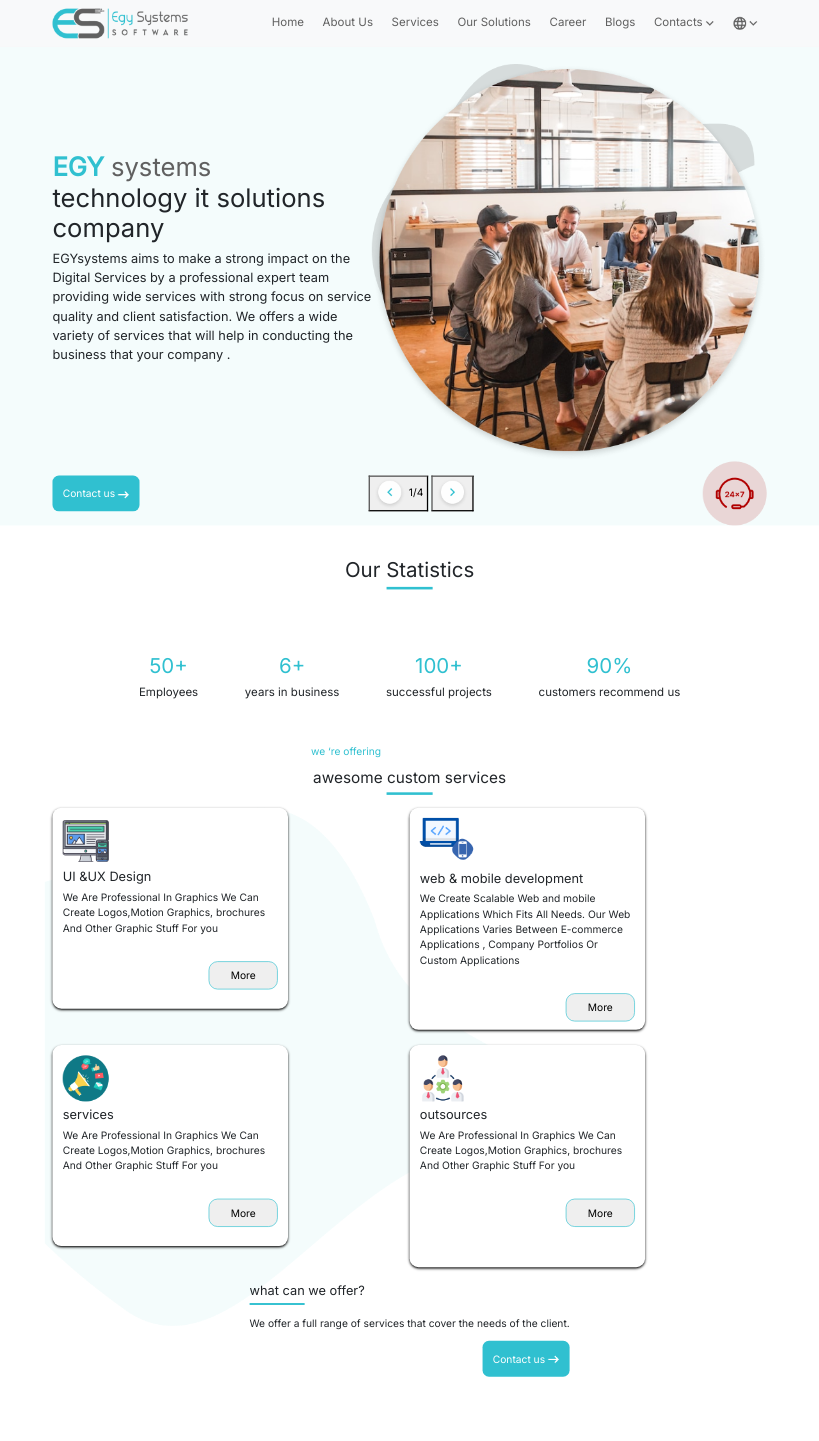
Repository: hamdyAbdelazeim/Egysystem-Home
Page: index.html
These files come from the project's save history. The page is drawn as it stood at one moment and after the next save; the edit follows.
The browser window is 1280 px wide. The pictures show the whole page, at 64% of full size.

Above is the page before, as saved 2023-07-13 13:41:24.

### index.html
<!DOCTYPE html>
<html lang="en">
  <head>
    <meta charset="UTF-8" />
    <meta name="viewport" content="width=device-width, initial-scale=1.0" />
    <title>Egy Systems</title>
    <!-- google fonts  -->
    <link rel="preconnect" href="https://fonts.googleapis.com" />
    <link rel="preconnect" href="https://fonts.gstatic.com" crossorigin />
    <link
      href="https://fonts.googleapis.com/css2?family=Inter&display=swap"
      rel="stylesheet"
    />
    <!-- bootstrap -->
    <link rel="stylesheet" href="/css/bootstrap.min.css" />
    <!-- css file  -->
    <link rel="stylesheet" href="/css/style.css" />
    <!-- Responsive file  -->
    <link rel="stylesheet" href="/css/responsive.css" />
  </head>
  <body>
    <!-- starting  Navbar  -->
    <nav class="navbar-cust navbar navbar-expand-lg bg-light fixed-top">
      <div class="container">
        <a href="#" class="navbar-brand"
          ><img src="/assets/logo 1.png" class="logo-img" alt="logo "
        /></a>

        <button
          class="navbar-toggler"
          type="button"
          data-bs-toggle="collapse"
          data-bs-target="#navmenu"
          style="border: none; box-shadow: none"
        >
          <span class="navbar-toggler-icon"
            ><img
              width="45"
              style="padding: 0.5rem"
              src="https://upload.wikimedia.org/wikipedia/commons/thumb/b/b2/Hamburger_icon.svg/120px-Hamburger_icon.svg.png"
              alt=""
          /></span>
        </button>

        <div class="collapse navbar-collapse" id="navmenu">
          <ul class="navbar-nav cust-ul">
            <li class="nav-item">
              <a href="#Home" class="nav-link cust-link">Home</a>
            </li>
            <li class="nav-item">
              <a href="#About" class="nav-link cust-link">About Us</a>
            </li>
            <li class="nav-item">
              <a href="#Services" class="nav-link cust-link">Services</a>
            </li>
            <li class="nav-item">
              <a href="#Solutions" class="nav-link cust-link">Our Solutions </a>
            </li>
            <li class="nav-item">
              <a href="#Career" class="nav-link cust-link">Career</a>
            </li>
            <li class="nav-item">
              <a href="#Blogs" class="nav-link cust-link">Blogs</a>
            </li>
            <li class="nav-item">
              <a href="" class="nav-link cust-link"
                >Contacts <img src="/assets/Vector.png" alt="vector"
              /></a>
            </li>
            <li class="nav-item">
              <a href="" class="nav-link language-icon"
                ><img src="/assets/language.png" alt="language" />
                <img src="/assets/Vector.png" alt=""
              /></a>
            </li>
          </ul>
        </div>
      </div>
    </nav>
    <!-- Ending Navbar  -->
    <!-- Home section  -->
    <div class="Home" id="Home">
      <div
        class="container Home-up d-flex justify-content-center align-items-center"
      >
        <div class="Home-left">
          <h1>
            <strong class="Egy">EGY</strong>
            <span class="system">systems</span> <br />technology it solutions<br />
            company
          </h1>
          <p>
            EGYsystems aims to make a strong impact on the Digital Services by a
            professional expert team providing wide services with strong focus
            on service quality and client satisfaction. We offers a wide variety
            of services that will help in conducting the business that your
            company .
          </p>
        </div>
        <div class="Home-img">
          <img src="/assets/Ellipse 34.png" alt="" />
        </div>
      </div>
      <div class="container d-flex justify-content-between align-items-center">
        <button class="contactUs-btn">
          Contact us <img src="/assets/Vector (right).png" alt="" />
        </button>
        <div>
          <button><img src="/assets/slider-left.png" alt="" /> 1/4</button>
          <button>
            <img src="/assets/slider-right.png" alt="" />
          </button>
        </div>
        <img src="/assets//chat.png" alt="chat" />
      </div>
    </div>
    <!-- Ending Home  section  -->
    <!-- our statistics Section  -->
    <section class="our-statistics container w-100">
      <div class="statistics-up text-center">
        <h2>Our Statistics</h2>
        <p></p>
      </div>
      <div
        class="statistics-down d-flex align-items-center justify-content-between"
      >
        <div class="text-center">
          <h4>50+</h4>
          <p>Employees</p>
        </div>
        <div class="text-center">
          <h4>6+</h4>
          <p>years in business</p>
        </div>
        <div class="text-center">
          <h4>100+</h4>
          <p>successful projects</p>
        </div>
        <div class="text-center">
          <h4>90%</h4>
          <p>customers recommend us</p>
        </div>
      </div>
    </section>
    <!-- Ending our statistics  -->
    <!--  services   -->

    <!--  Ending services   -->
    <section class="services" id="services">
      <div class="service-up container">
        <p class="p-up">we ‘re offering</p>
        <h4 class="text-center">awesome custom services</h4>
        <p class="border-cust"></p>
      </div>
      <div class="service-down container d-flex align-items-center">
        <div class="service-down-left">
          <div class="service-item">
            <img src="/assets/service-item-1.png" alt="service-item-1" />
            <h5 class="mt-2">UI &UX Design</h5>
            <p>
              We Are Professional In Graphics We Can Create Logos,Motion
              Graphics, brochures And Other Graphic Stuff For you
            </p>
            <button>More</button>
          </div>
          <div class="service-item service-item-cust">
            <img src="/assets/service-item-2.png" alt="service-item-1" />
            <h5 class="mt-2">web & mobile development</h5>
            <p>
              We Create Scalable Web and mobile Applications Which Fits All
              Needs. Our Web Applications Varies Between E-commerce Applications
              , Company Portfolios Or Custom Applications
            </p>
            <button>More</button>
          </div>
          <div class="service-item">
            <img src="/assets/service-item-3.png" alt="service-item-1" />
            <h5 class="mt-2">services</h5>
            <p>
              We Are Professional In Graphics We Can Create Logos,Motion
              Graphics, brochures And Other Graphic Stuff For you
            </p>
            <button>More</button>
          </div>
          <div class="service-item service-item-cust">
            <img src="/assets/service-item-4.png" alt="service-item-1" />
            <h5 class="mt-2">outsources</h5>
            <p>
              We Are Professional In Graphics We Can Create Logos,Motion
              Graphics, brochures And Other Graphic Stuff For you
            </p>
            <button>More</button>
          </div>
        </div>
        <div class="service-down-right">
          <h5>what can we offer?</h5>
          <p class="border-p"></p>
          <p>
            We offer a full range of services that cover the needs of the
            client.
          </p>
          <button class="contactUs-btn float-end">
            Contact us <img src="/assets/Vector (right).png" alt="" />
          </button>
        </div>
      </div>
    </section>
    <!-- bootstrap js file  -->
    <script src="/js/bootstrap.bundle.min.js"></script>
  </body>
</html>

### css/style.css
/* setting my css roots  */

body {
  font-family: 'Inter', sans-serif;
}

:root {
  --primary: #30c0d0;
  --secondary: #606060;
  --third-party: #131313;
}

/* navbar  */
.cust-ul {
  width: 100%;
  justify-content: space-around;
  margin-left: 100px;
}

.cust-link {
  font-size: 18px;
  font-weight: 500;
  line-height: 22px;
  letter-spacing: 0em;
  text-align: left;
  color: var(--secondary);
  padding-bottom: 0.5rem;
}
.cust-link :hover {
  color: var(--primary) !important;
}
.nav-link:focus,
.nav-link:hover {
  color: var(--primary) !important;
  border-bottom: 2px solid var(--primary) !important;
  font-size: 20px;
}

.cust-link:active {
  color: var(--primary) !important;
  color: var(--primary) !important;
  border-bottom: 2px solid var(--primary) !important;
  font-size: 20px;
}

.language-icon {
  border-bottom: none !important;
  font-size: 12px !important;
}
/* Ending Navbar  */

/* Home Section  */
.Home {
  padding-top: 100px;
  background-color: #f4fcfc;
  /* background-image: url('/assets/Ellipse\ 36.png');
  background-repeat: no-repeat; */
}
.Home-img {
  width: 100%;
  background-image: url('/assets/Ellipse\ 36.png');
  background-repeat: no-repeat;
}
.Egy {
  color: var(--primary);
}
.system {
  color: var(--secondary);
}
.Home-left p {
  font-size: 20px;
}
.contactUs-btn {
  background-color: var(--primary);
  color: white;
  border: none;
  padding: 16px;
  border-radius: 10px;
  -webkit-border-radius: 10px;
  -moz-border-radius: 10px;
  -ms-border-radius: 10px;
  -o-border-radius: 10px;
}

/* Ending Home Section  */

/* our statistics Section  */

.our-statistics {
  width: 100%;
}
.statistics-up,
.statistics-down {
  padding-top: 50px;
  padding-bottom: 50px;
  width: 846px;
  margin: auto;
}
.statistics-up p {
  width: 72px;
  margin: auto;
  border-bottom: 4px solid var(--primary);
}
.statistics-down h4 {
  color: var(--primary);
  font-size: 32px;
}
.statistics-down p {
  font-size: 18px;
}

/* services */
.services {
  width: 100%;
}
.services .service-up {
  width: 332px;
  margin: auto;
  padding-bottom: 20px;
}
.services .service-up .p-up {
  text-align: start;
  font-size: 16px;
  color: var(--primary);
}

.services.service-up h4 {
  color: var(--third-party);
  font-size: 32px;
}
.services .service-up .border-cust {
  width: 72px;
  margin: auto;
  border-bottom: 4px solid var(--primary);
}

.service-down {
  background-image: url('/assets/Ellipse\ 53.png');
  background-repeat: no-repeat;
  margin-bottom: 100px;
}
.service-down .service-down-left {
  width: 65%;
  display: grid;
  grid-template-columns: auto auto;
}
.service-down .service-down-left .service-item {
  width: 368px;
  height: 314px;
  background-color: #ffffff;
  box-shadow: 0px 2px 4px 0px #000000;
  border-radius: 14px;
  -webkit-border-radius: 14px;
  -moz-border-radius: 14px;
  -ms-border-radius: 14px;
  -o-border-radius: 14px;
  padding: 1rem;
  margin-bottom: 1.5rem;
}
.service-down .service-down-left .service-item:hover {
  background-color: var(--primary);
  transition-duration: 0.3s;
  transition-timing-function: ease-in-out;
}
.service-down .service-down-left .service-item button {
  width: 108px;
  height: 44px;
  border: 1px solid var(--primary);
  padding: 0px, 16px, 0px, 16px;
  gap: 8px;
  border-radius: 14px;
  -webkit-border-radius: 14px;
  -moz-border-radius: 14px;
  -ms-border-radius: 14px;
  -o-border-radius: 14px;
  float: right;
  margin-top: 1.5rem;
}
.service-down .service-down-left .service-item button:hover {
  background-color: var(--secondary);
  border: 1px solid var(--third-party);
  transition-duration: 0.3s;
  transition-timing-function: ease-in-out;
  color: var(--primary);
}

.service-item-cust {
  height: 347px !important;
  margin-bottom: 1.5rem !important;
}

.border-p {
  width: 86px;
  border-bottom: 3px solid var(--primary);
}

### css/responsive.css
@media only screen and (max-width: 1400px) {
  .service-down {
    flex-direction: column;
  }
  .service-down-left {
    width: 100% !important;
  }
}
@media only screen and (max-width: 1025px) {
  .cust-link {
    font-size: 15px !important;
  }
}
@media only screen and (max-width: 1000px) {
  /* navbar */
  .cust-ul {
    margin-left: 0;
  }
  .cust-link {
    font-size: 18px;
  }
  /* HOME section  */
  .Home-up {
    flex-wrap: wrap;
  }

  .Home-up img {
    width: 90%;
  }
  /* Our Statistics */
  .statistics-up,
  .statistics-down {
    width: 100%;
  }
  /* services */
  .service-down-left {
    grid-template-columns: auto !important;
  }
  .service-item {
    width: 100% !important;
  }
}

@media only screen and (max-width: 600px) {
  /* Our Statistics */
  .statistics-down {
    flex-direction: column;
  }
}

@media only screen and (max-width: 280px) {
  .logo-img {
    width: 160px;
  }
  .services .service-up {
    width: 270px;
  }
  .service-item p {
    font-size: 12px;
  }
}

Loaded but not shown: css/bootstrap.min.css (library); js/bootstrap.bundle.min.js (library)

After the next save:
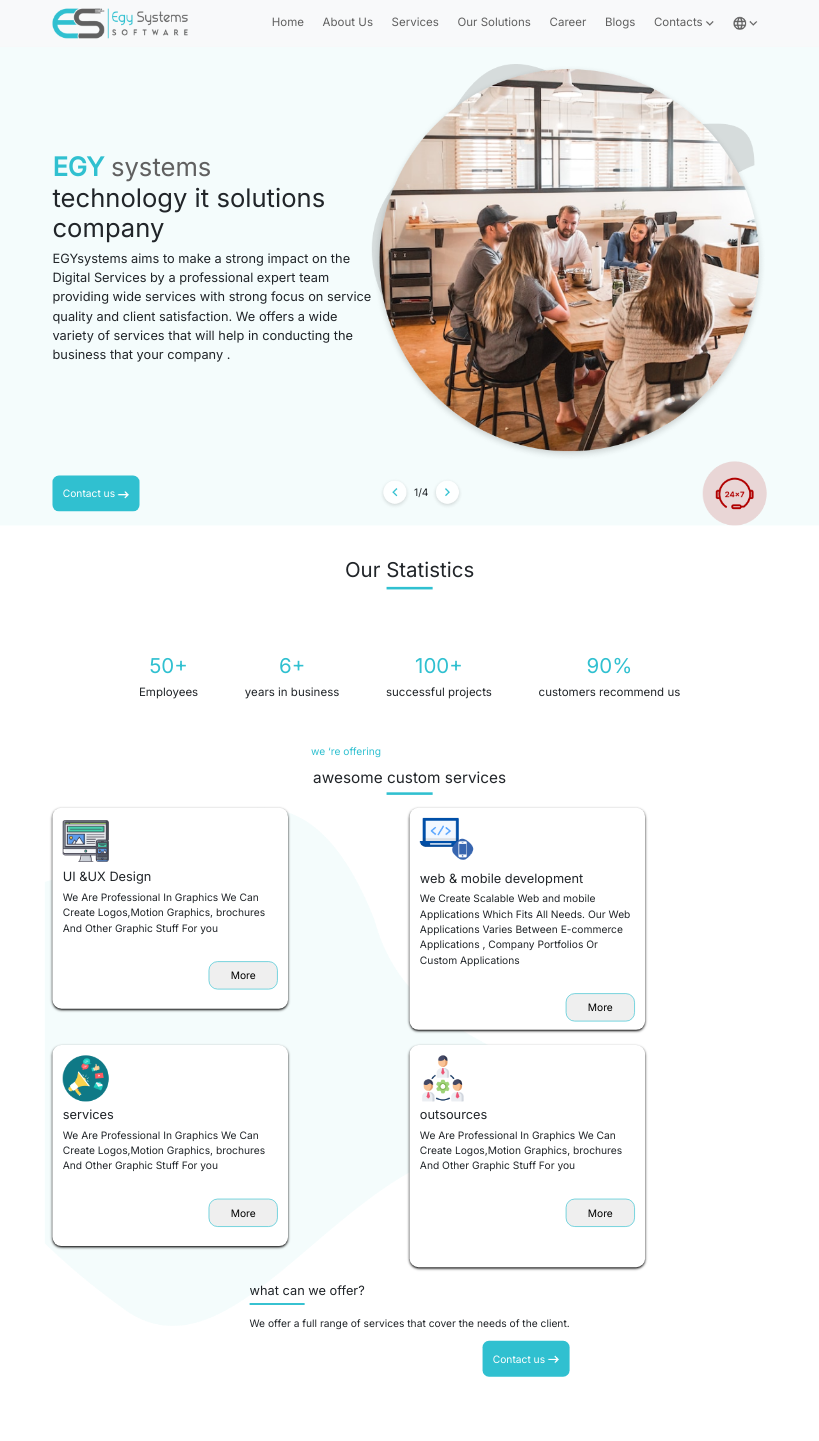
Saved 30 s later.
--- a/index.html
+++ b/index.html
@@ -106,10 +106,8 @@
           Contact us <img src="/assets/Vector (right).png" alt="" />
         </button>
         <div>
-          <button><img src="/assets/slider-left.png" alt="" /> 1/4</button>
-          <button>
-            <img src="/assets/slider-right.png" alt="" />
-          </button>
+          <img src="/assets/slider-left.png" alt="" /> 1/4
+          <img src="/assets/slider-right.png" alt="" />
         </div>
         <img src="/assets//chat.png" alt="chat" />
       </div>
